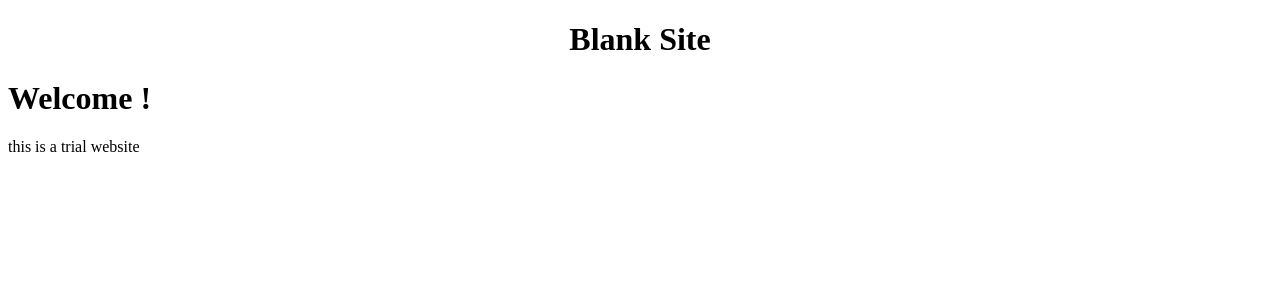
Repository: yhung004/Blank_Project
Page: index.html
An editor plug-in stored every save of this project. The page is shown before and after the next save, followed by the edit.
The browser window is 1280 px wide. The pictures show the whole page.

Above is the page before, as saved 2024-04-04 00:29:44.

After the next save:
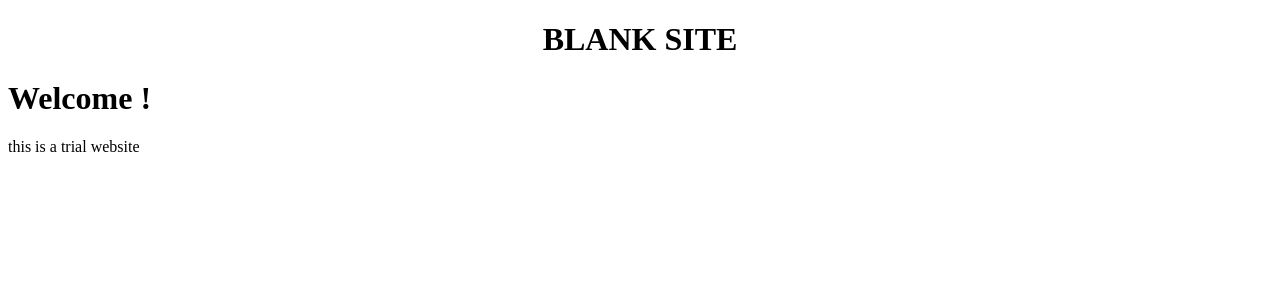
Saved 19 s later.
--- a/index.css
+++ b/index.css
@@ -1,3 +1,4 @@
 .header{
     text-align:center;
+    text-transform: uppercase
 }
